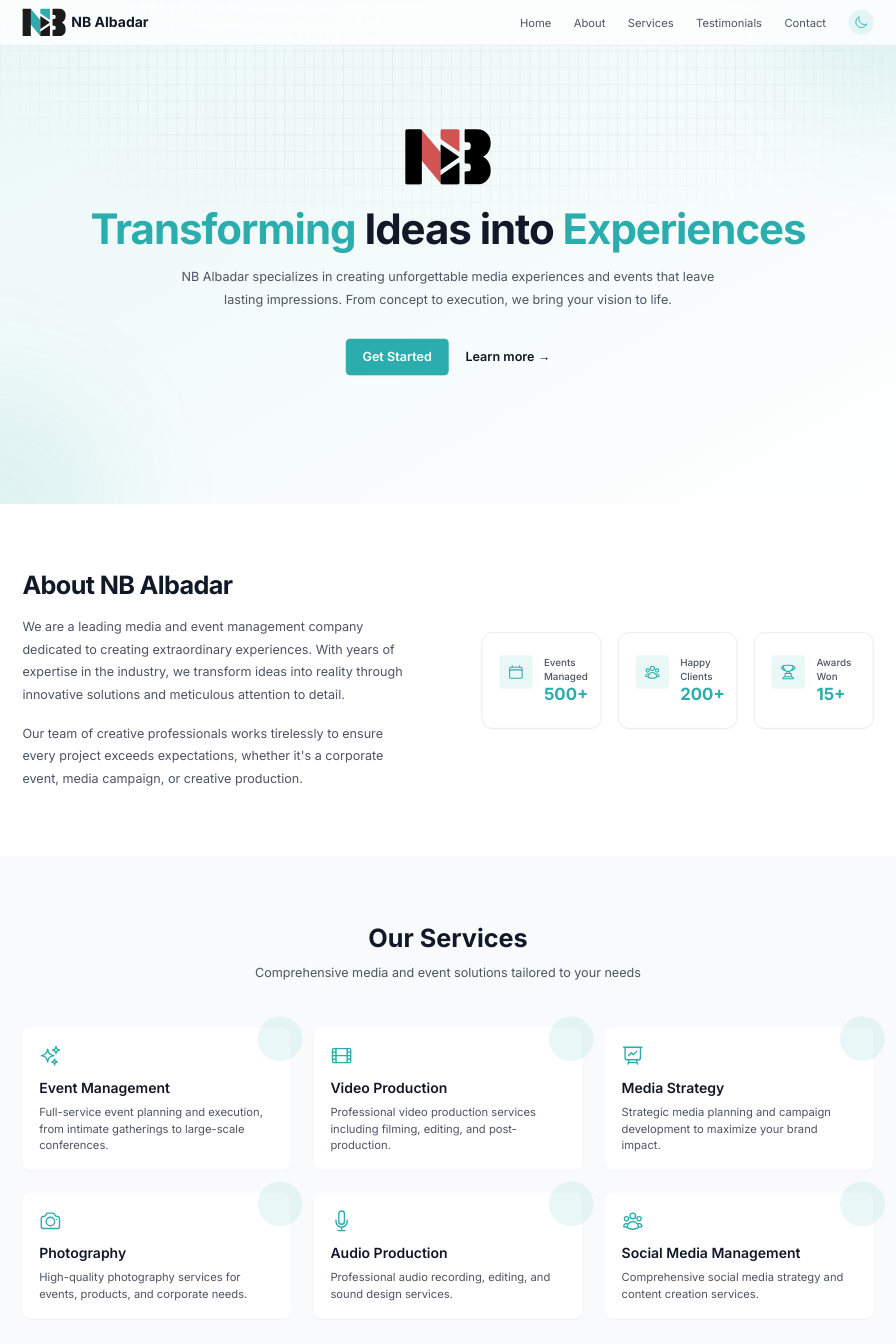
Repository: omartetano99/nb-albadr-website
Page: /
An editor plug-in stored every save of this project. The page is shown before and after the next save, followed by the edit.
The browser window is 1280 px wide. The pictures show the part of the page from y = 0 to 1920 px (the page is 3646 px tall), at 70% of full size.
The project was rebuilt for these pictures with package versions that can differ from the ones it lists, and the page was loaded fresh each time. The framework's server and built-in components were replaced by stand-ins that run in the browser. Also part of the build but not shown: next.config.mjs.

Above is the page before, as saved 2025-01-31 16:49:16.

After the next save:
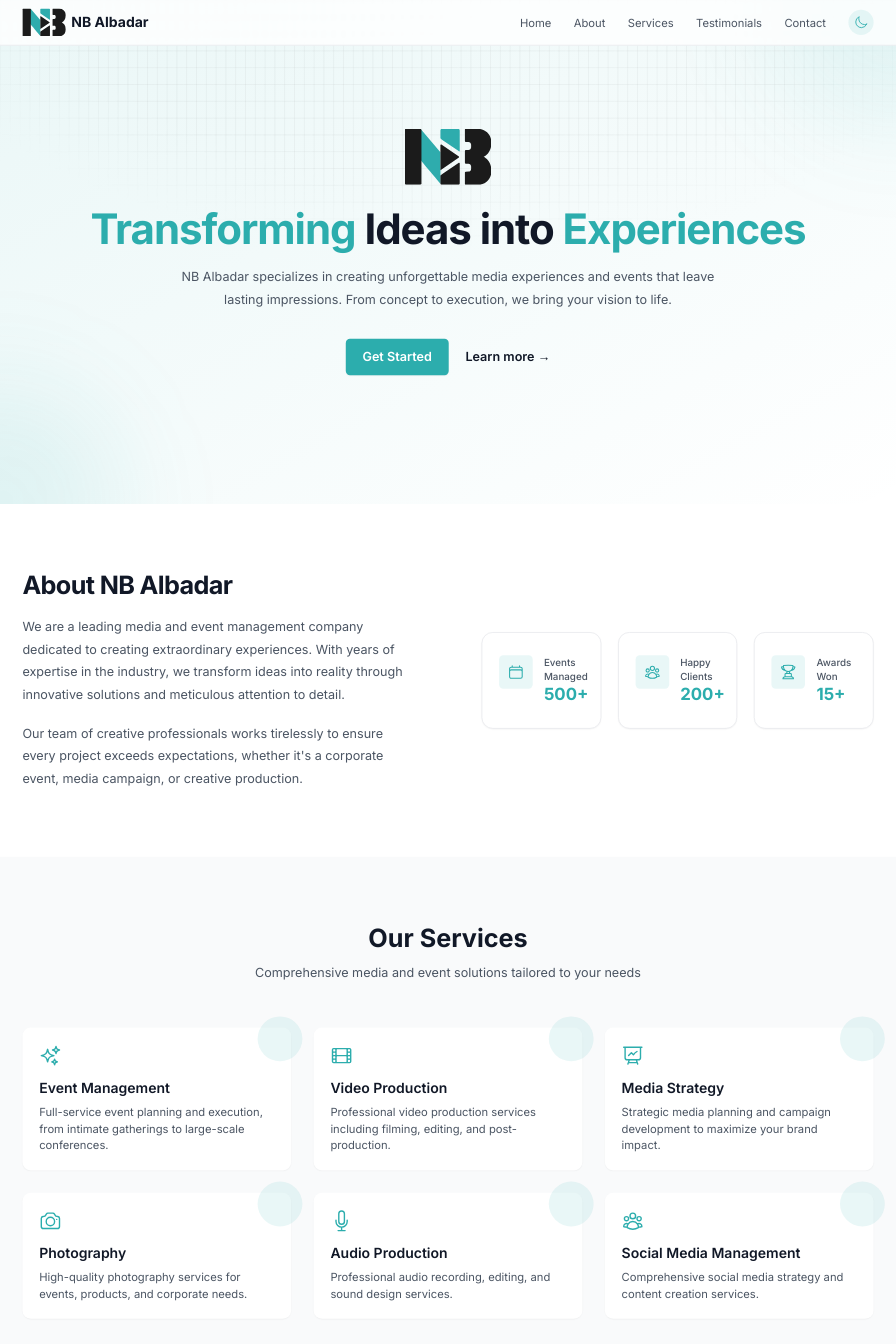
Saved 15 s later.
--- a/src/components/Hero.tsx
+++ b/src/components/Hero.tsx
@@ -2,8 +2,17 @@
 
 import { motion } from 'framer-motion'
 import Image from 'next/image'
+import { useTheme } from 'next-themes'
+import { useEffect, useState } from 'react'
 
 export function Hero() {
+  const { theme } = useTheme()
+  const [mounted, setMounted] = useState(false)
+
+  useEffect(() => {
+    setMounted(true)
+  }, [])
+
   return (
     <div className="relative min-h-screen flex items-center justify-center overflow-hidden">
       {/* Background Pattern */}
@@ -25,14 +34,16 @@ export function Hero() {
             transition={{ duration: 0.8, delay: 0.1 }}
             className="flex justify-center mb-8"
           >
-            <Image
-              src="/logo-nb.svg"
-              alt="NB Albadar Logo"
-              width={80}
-              height={80}
-              className="h-20 w-auto invert dark:invert-0"
-              priority
-            />
+            {mounted && (
+              <Image
+                src={theme === 'dark' ? "/logo-nb.svg" : "/logo-nb-light.svg"}
+                alt="NB Albadar Logo"
+                width={80}
+                height={80}
+                className="h-20 w-auto"
+                priority
+              />
+            )}
           </motion.div>
 
           <motion.h1
